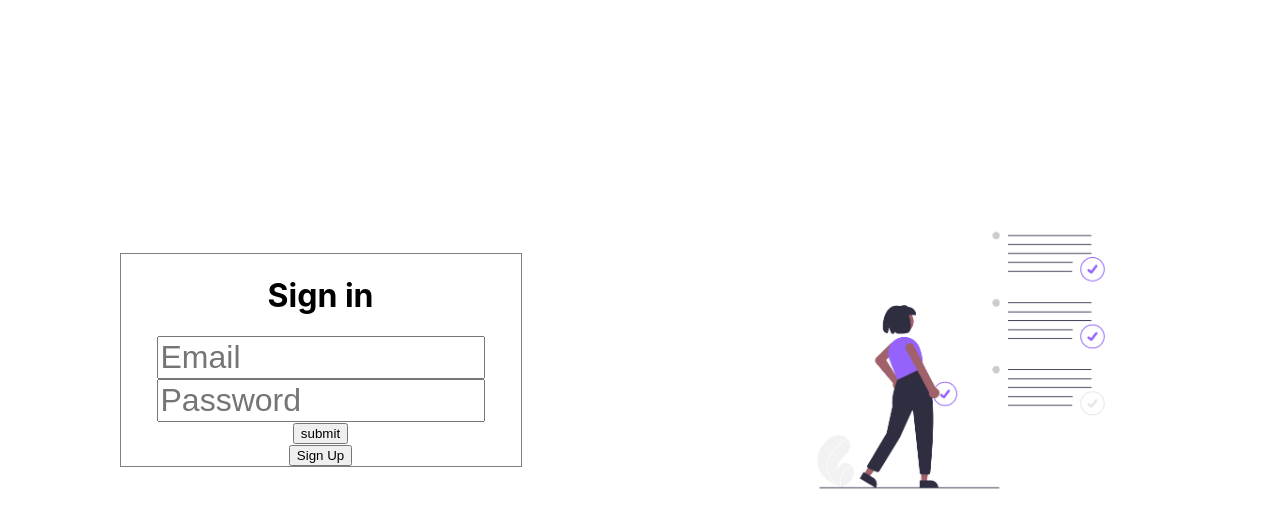
Repository: EEOOOO/wanted-pre-onboarding-fe
Page: / (app in to-do-list-app/)
An editor plug-in stored every save of this project. The page is shown before and after the next save, followed by the edit.
The browser window is 1280 px wide. The pictures show the whole page.
The project was rebuilt for these pictures with package versions that can differ from the ones it lists, and the page was loaded fresh each time. Also part of the build but not shown: to-do-list-app/src/components/sign_in/sign_in.module.css, to-do-list-app/src/components/sign_up/sign_up.module.css, to-do-list-app/src/components/sign_up/sign_up.jsx, to-do-list-app/src/components/todoList/todo_list.jsx.

Above is the page before, as saved 2022-08-22 00:05:51.

After the next save:
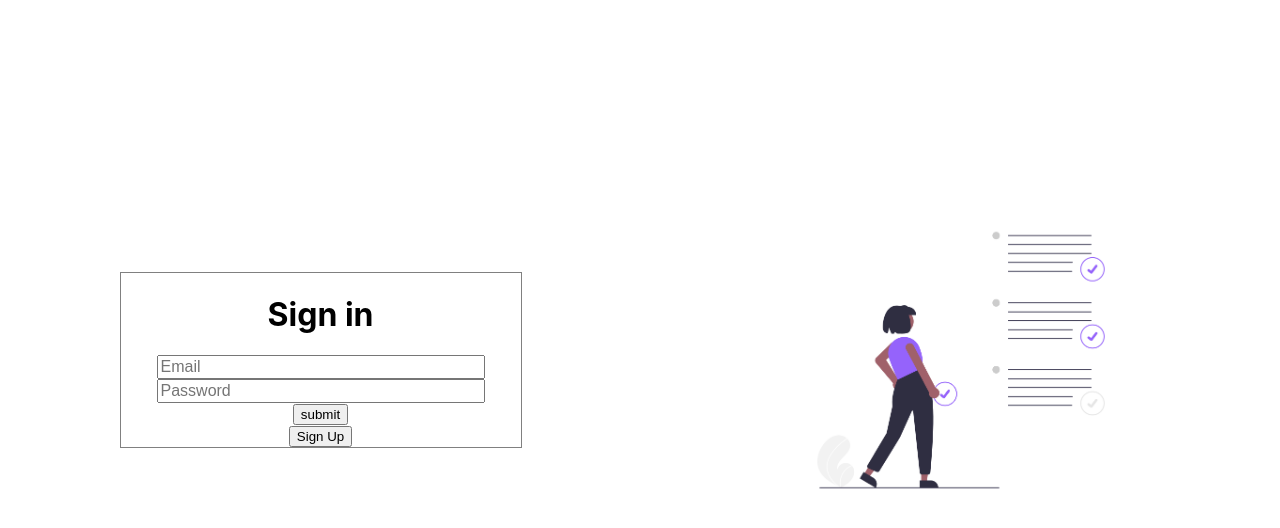
Saved 4 s later.
--- a/to-do-list-app/src/components/login_input_form/login_input_form.module.css
+++ b/to-do-list-app/src/components/login_input_form/login_input_form.module.css
@@ -6,5 +6,5 @@
 }
 input {
   width: 80%;
-  font-size: 2rem;
+  font-size: 1rem;
 }
